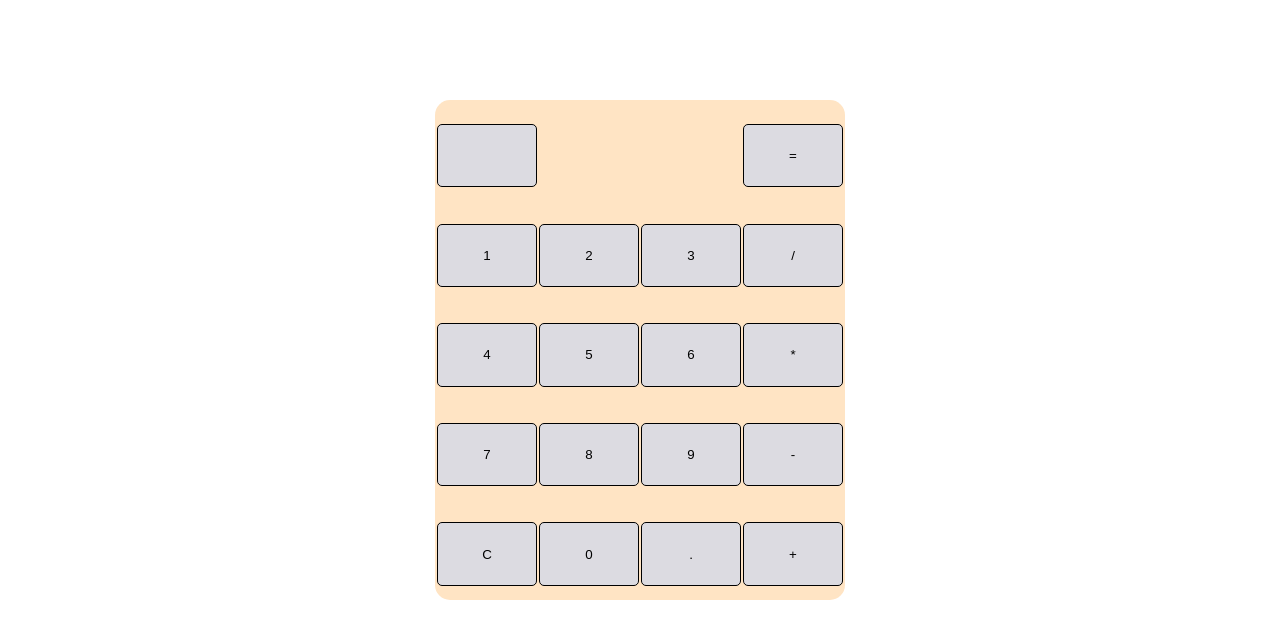
Repository: Seryozha02/CalculatorAndStopwatch
Page: calculator.html
The author's editor kept a copy of each file at every save. The page is drawn from the files as they stood at one save, then again after the next save.
The browser window is 1280 px wide. The pictures show the whole page.

Above is the page before, as saved 2022-10-03 00:30:16.

### calculator.html
<!DOCTYPE html>
<html lang="en">
  <head>
    <meta charset="UTF-8" />
    <meta http-equiv="X-UA-Compatible" content="IE=edge" />
    <meta name="viewport" content="width=device-width, initial-scale=1.0" />
    <link rel="stylesheet" href="calculator.css" />
    <title>Calculator</title>
  </head>
  <body>
    <table id="calculator">
      <tr>
        <td colspan="3"><input class="display-box" type="text" id="result"/></td>
        <td><input type="button" value="=" onclick="calculate()" id="btn"></td>
      </tr>
      <tr>
        <td><input type="button" value="1" onclick="display(('1'))" /></td>
        <td><input type="button" value="2" onclick="display(('2'))" /></td>
        <td><input type="button" value="3" onclick="display(('3'))" /></td>
        <td><input type="button" value="/" onclick="display(('/'))" /></td>
      </tr>
      <tr>
        <td><input type="button" value="4" onclick="display(('4'))"></td>
        <td><input type="button" value="5" onclick="display(('5'))"></td>
        <td><input type="button" value="6" onclick="display(('6'))"></td>
        <td><input type="button" value="*" onclick="display(('*'))"></td>
      </tr>
      <tr>
        <td><input type="button" value="7" onclick="display(('7'))"></td>
        <td><input type="button" value="8" onclick="display(('8'))"></td>
        <td><input type="button" value="9" onclick="display(('9'))"></td>
        <td><input type="button" value="-" onclick="display(('-'))"></td>
      </tr>
      <tr>
      <td><input type="button" value="C" onclick="cleareScreen()" id="btn"></td>
      <td><input type="button" value="0" onclick="display(('0'))"></td>
      <td><input type="button" value="." onclick="display(('.'))"></td>
      <td><input type="button" value="+" onclick="display(('+'))"></td>
    </tr>
    </table>
  </body>
  <script src="calculator.js"></script>
</html>

### calculator.css
* {
    margin: 0;
    padding: 0;
    text-decoration: none;
    box-sizing: border-box;
}

#calculator {
    background-color: bisque;
    border-radius: 15px;
    margin: 0 auto;
    margin-top: 100px;
    width: 400px;
    height: 500px;
    font-size: 50px;
}

table tr td input{
    font-family: 'Orbitron', sans-serif;
    background-color: #dcdbe1;
    border: solid black 0.5px;
    color: black;
    border-radius: 5px;
    width: 100px;
    height: 65%;
}

Loaded but not shown: calculator.js (no copy from this time; the picture is the same without it)

After the next save:
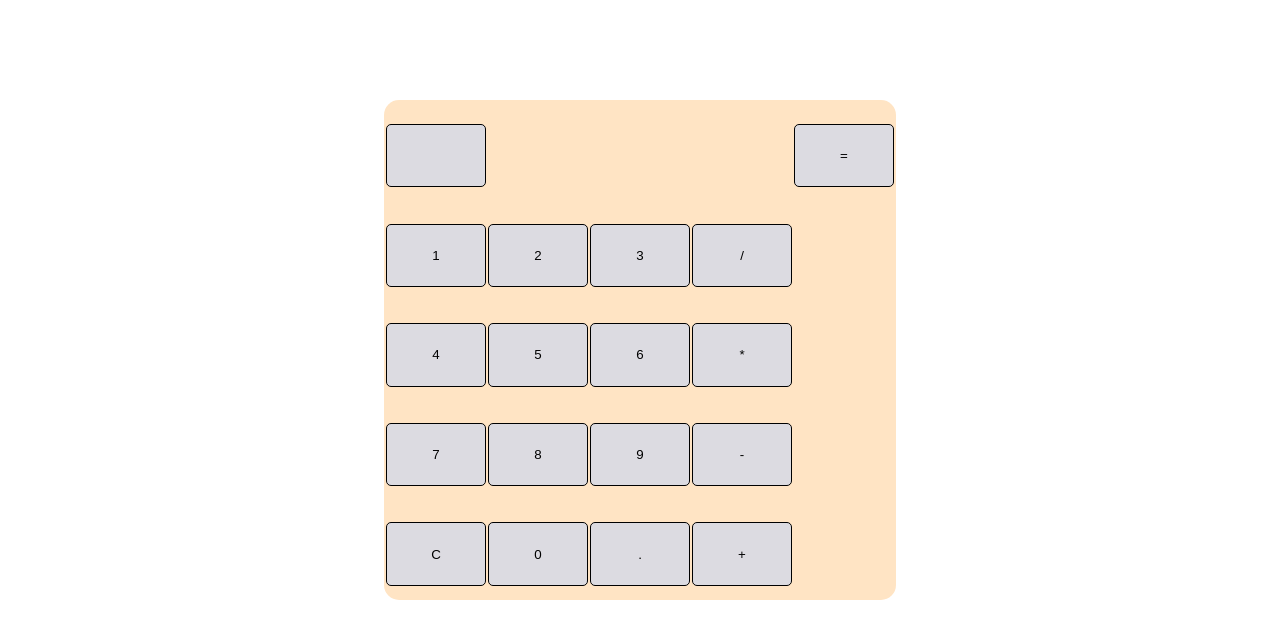
Saved 11 s later.
--- a/calculator.html
+++ b/calculator.html
@@ -10,7 +10,7 @@
   <body>
     <table id="calculator">
       <tr>
-        <td colspan="3"><input class="display-box" type="text" id="result"/></td>
+        <td colspan="5"><input class="display-box" type="text" id="result"/></td>
         <td><input type="button" value="=" onclick="calculate()" id="btn"></td>
       </tr>
       <tr>

After the save that followed:
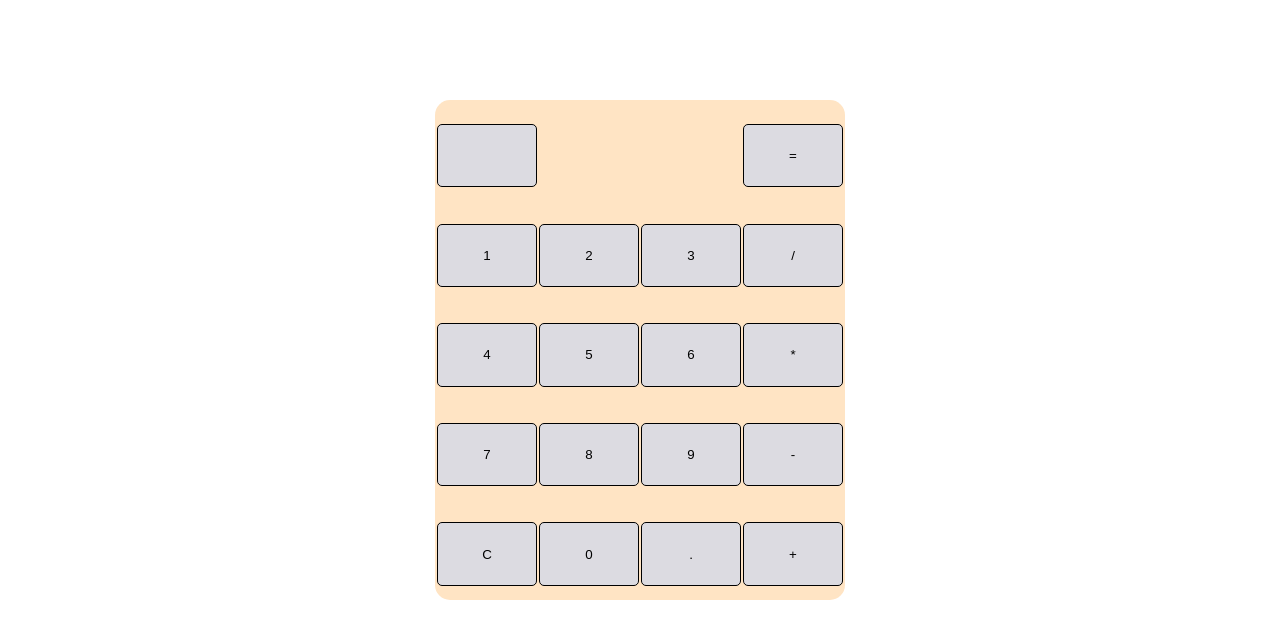
Saved 4 s later.
--- a/calculator.html
+++ b/calculator.html
@@ -10,7 +10,7 @@
   <body>
     <table id="calculator">
       <tr>
-        <td colspan="5"><input class="display-box" type="text" id="result"/></td>
+        <td colspan="3"><input class="display-box" type="text" id="result"/></td>
         <td><input type="button" value="=" onclick="calculate()" id="btn"></td>
       </tr>
       <tr>
